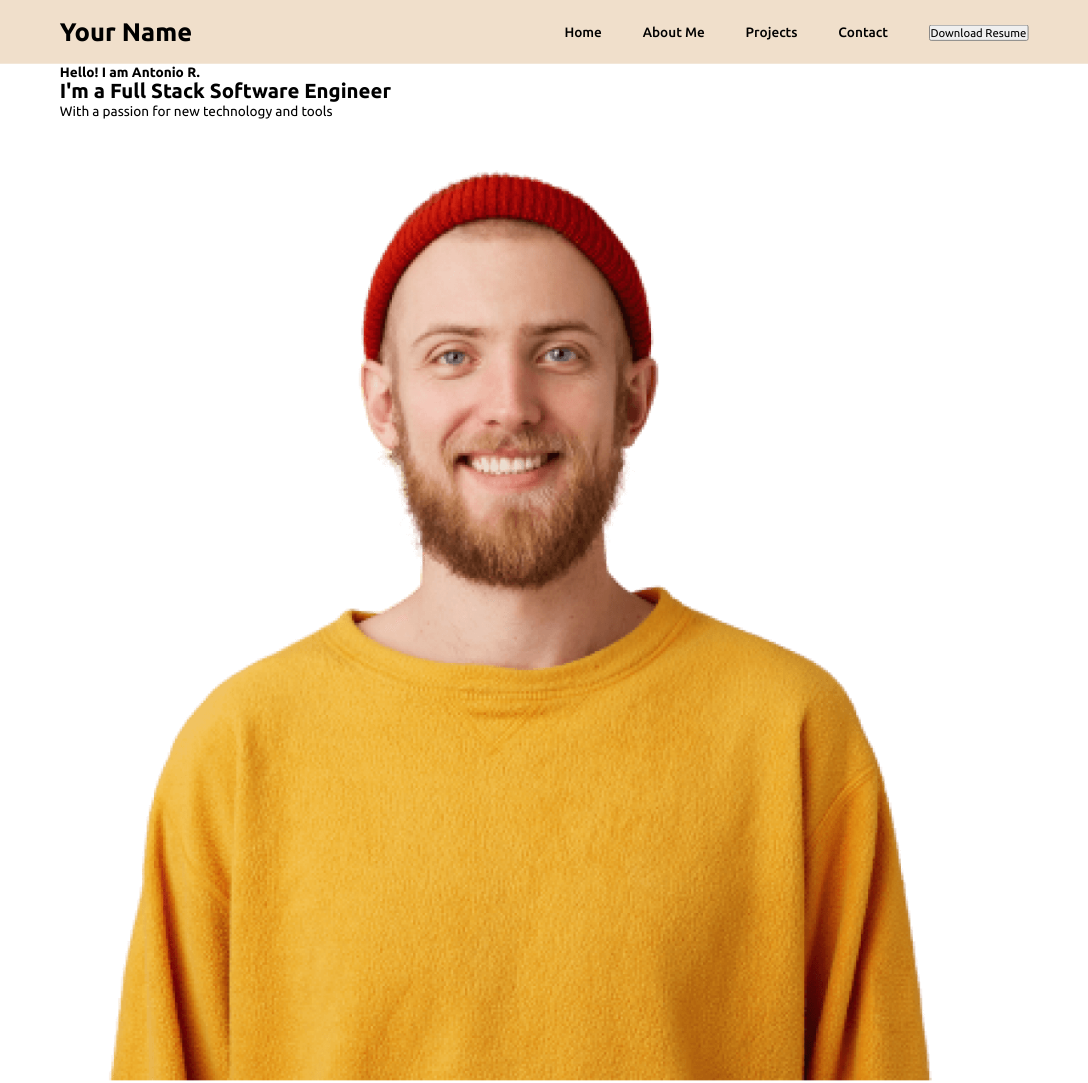
Repository: DevAntonioRogers/vanilla-portfolio
Page: index.html
An editor plug-in stored every save of this project. The page is shown before and after the next save, followed by the edit.
The browser window is 1280 px wide. The pictures show the whole page, at 85% of full size.

Above is the page before, as saved 2023-07-14 16:20:07.

### index.html
<!DOCTYPE html>
<html lang="en">
  <head>
    <meta charset="UTF-8" />
    <meta name="viewport" content="width=device-width, initial-scale=1.0" />
    <link rel="stylesheet" href="style.css" />
    <title>Antonio Rogers</title>
  </head>
  <body>
    <nav>
      <div class="container navbar">
        <a href="/" aria-label="Home"> <h1>Your Name</h1></a>
        <ul>
          <li>
            <a href="/" aria-label="Home">Home</a>
          </li>
          <li>
            <a href="/" aria-label="About Me">About Me</a>
          </li>
          <li>
            <a href="/" aria-label="Projects">Projects</a>
          </li>
          <li>
            <a href="/" aria-label="Contact">Contact</a>
          </li>
          <li>
            <a href="/resume.pdf" download aria-label="Download Resume">
              <button class="navbar-button">Download Resume</button>
            </a>
          </li>
        </ul>
      </div>
    </nav>

    <section class="hero">
      <div class="container hero-container">
        <div>
          <h4>Hello! I am Antonio R.</h4>
          <h1>I'm a Full Stack Software Engineer</h1>
          <p>With a passion for new technology and tools</p>
        </div>

        <div>
          <img src="./software.png" alt="" />
        </div>
      </div>
    </section>
  </body>
</html>

### style.css
@import url("https://fonts.googleapis.com/css2?family=Ubuntu:wght@300;400;500;700&display=swap");

* {
  box-sizing: border-box;
  padding: 0;
  margin: 0;
  font-family: "Ubuntu", sans-serif;
}

a {
  text-decoration: none;
  color: inherit;
}

li {
  list-style: none;
}

.container {
  width: 89%;
  margin: auto;
  max-width: 1500px;
}

nav {
  background: #f0dfcb;
  padding: 20px 0;
}

.navbar {
  display: flex;
  justify-content: space-between;
  align-items: center;
}

.navbar h1 {
  font-size: 30px;
  font-weight: 700;
}

.navbar ul {
  display: flex;
  gap: 3rem;
}

.navbar ul li {
  font-weight: 500;
}

/* HERO STYLES */

.hero-container {
  display: grid;
  grid-template-columns: ;
}

After the next save:
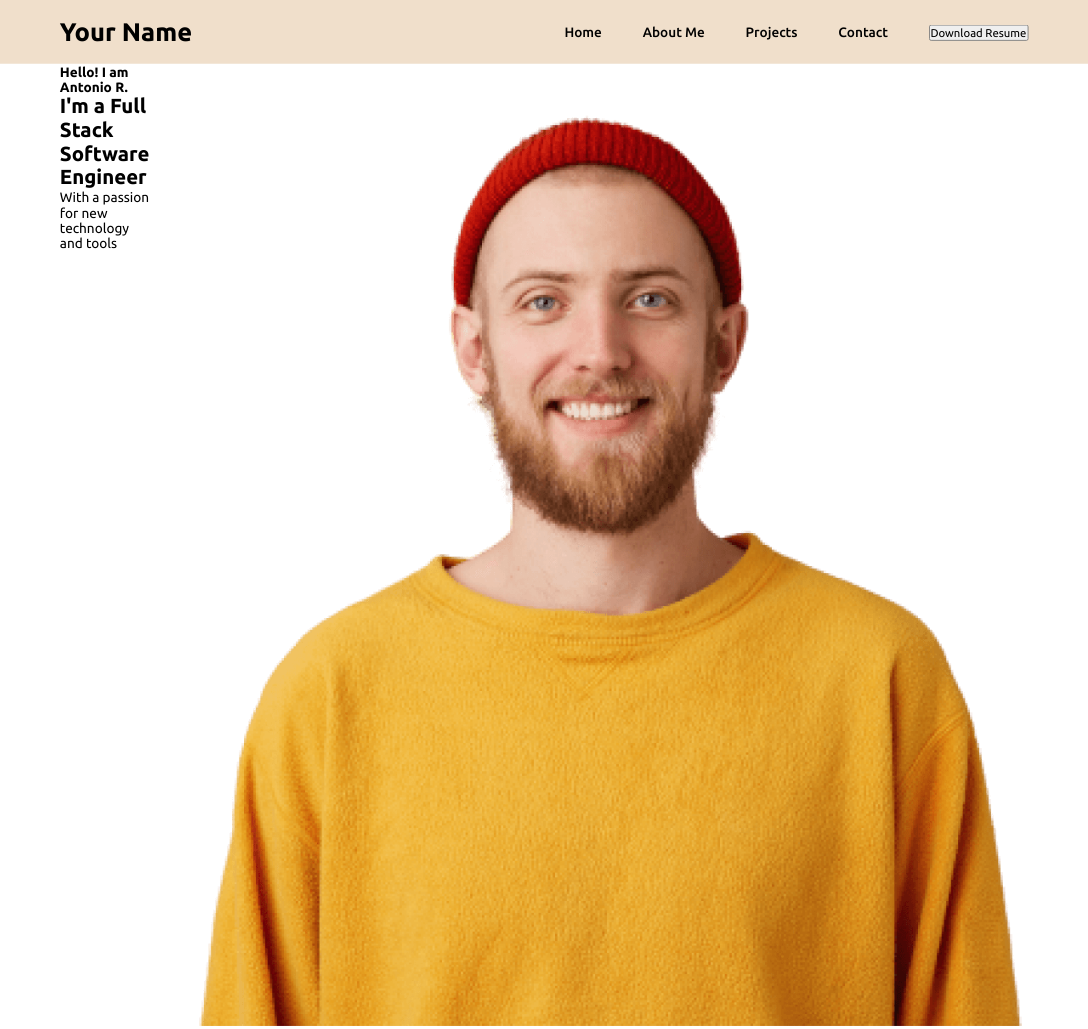
Saved 13 s later.
--- a/style.css
+++ b/style.css
@@ -51,5 +51,5 @@ nav {
 
 .hero-container {
   display: grid;
-  grid-template-columns: ;
+  grid-template-columns: 1fr 1fr;
 }
